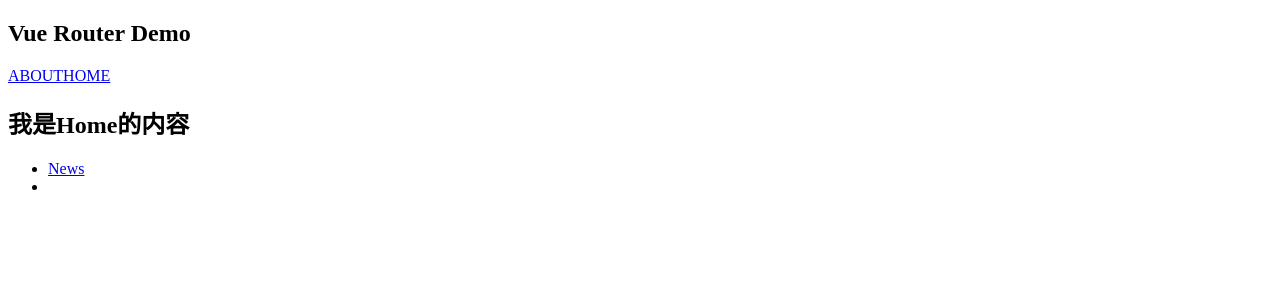
Repository: 13067902180/vue2.0study
Page: /#/home
These files come from the project's save history. The page is drawn as it stood at one moment and after the next save; the edit follows.
The browser window is 1280 px wide. The pictures show the whole page.
The project was rebuilt for these pictures with package versions that can differ from the ones it lists, and the page was loaded fresh each time. Also part of the build but not shown: vue.config.js, src/pages/About.vue.

Above is the page before, as saved 2023-03-03 15:33:42.

After the next save:
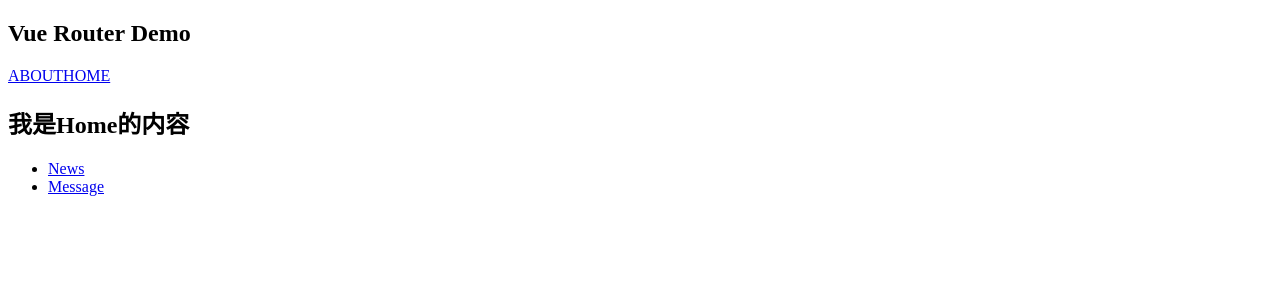
Saved 59 s later.
--- a/src/pages/Home.vue
+++ b/src/pages/Home.vue
@@ -3,8 +3,22 @@
     <h2>我是Home的内容</h2>
     <div>
       <ul class="nav nav-tabs">
-        <li><a href="./home-news.html" class="list-group-item">News</a></li>
-        <li></li>
+        <li>
+          <a
+            href="./home-news.html"
+            class="list-group-item"
+            active-class="active"
+            >News</a
+          >
+        </li>
+        <li>
+          <a
+            href="./home-news.html"
+            class="list-group-item"
+            active-class="active"
+            >Message</a
+          >
+        </li>
       </ul>
     </div>
   </div>
